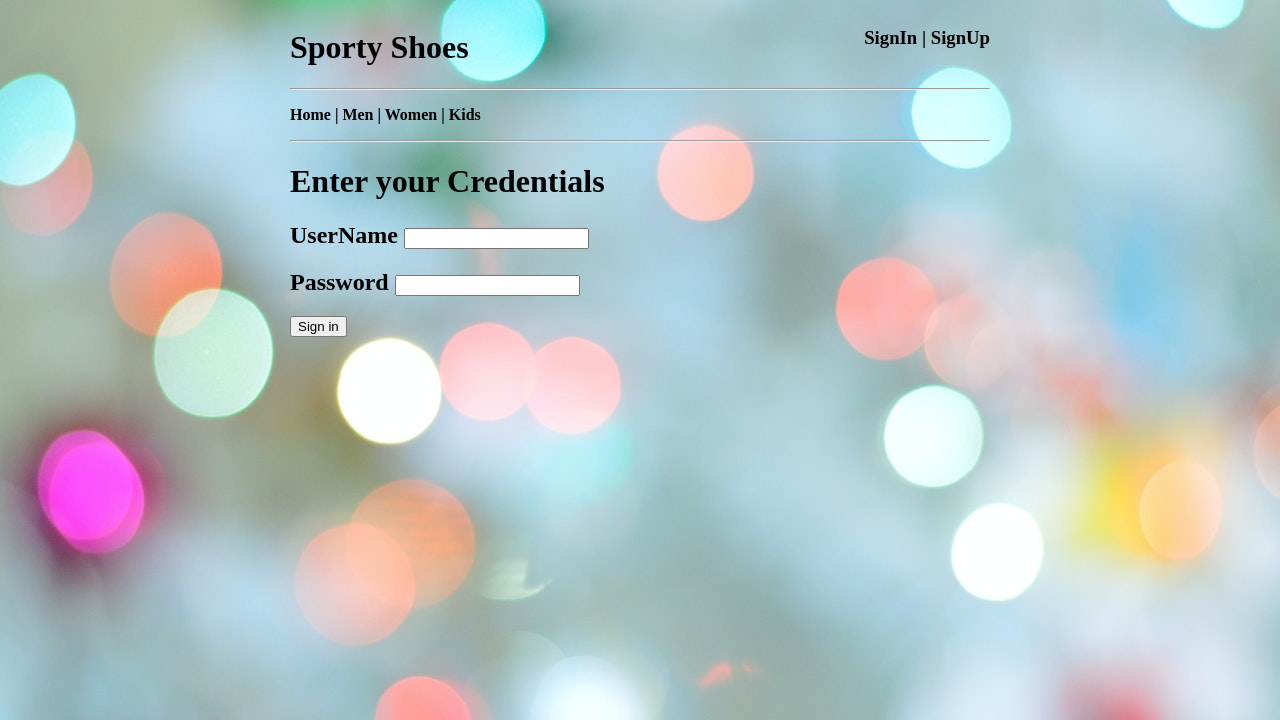
Repository: Sherwin-create/JavaFSPhase3Project
Page: http://localhost/Sporty-Shoes/WEB-INF/view/signinForm.jsp
An editor plug-in stored every save of this project. The page is shown before and after the next save, followed by the edit.
The browser window is 1280 px wide. The pictures show the whole page.
The page is served by Tomcat 9. Nobody is signed in. Other server files are loaded and not shown. The template is opened directly, without the code that normally fills it, so the values that code supplies are empty.

Above is the page before, as saved 2022-05-01 05:43:21.

### Sporty-Shoes/src/main/webapp/WEB-INF/view/signinForm.jsp
<%@ page language="java" contentType="text/html; charset=ISO-8859-1"
    pageEncoding="ISO-8859-1" errorPage="Error.jsp" isELIgnored="false"%>
<!DOCTYPE html>
<html>
<head>
<style>
	body {
		background-image: url("images/pexels-miguel-á-padriñán-255379.jpg");
		background-repeat: no-repeat;
		background-size: cover;
		align-content: center;
		width: 700px;
		margin-left: auto;
		margin-right: auto;
	}
</style>
<meta charset="ISO-8859-1">
<title>Sign In</title>
</head>
<body>
<%@include file="homeHeader.jsp" %>

            <form action="adminsignin" method="post" >
            <hr>

           <h1>Enter your Credentials</h1>
            <b><font color="red">${errorMessage}</font></b>

         <h2> UserName <input type="text" name="username"  ></h2>
          <h2>Password  <input  type="password" name="password"  ></h2>
          <input type="submit" value="Sign in">

           </form>

</body>
</html>

### Sporty-Shoes/src/main/webapp/WEB-INF/view/homeHeader.jsp

<%@ page language="java" contentType="text/html; charset=ISO-8859-1"
    pageEncoding="ISO-8859-1" errorPage="Error.jsp"%>
<!DOCTYPE html>
<html>
<head>
<meta charset="ISO-8859-1">
<title>Home</title>

</head>
<body>

 <h1 style="text-align:left;float:left;"> <a href="home" style="text-decoration:none;color:black">Sporty Shoes </a> </h1>
 <h3 style="text-align:right;float:right;"><a href="signin" style="text-decoration:none;color:black">SignIn</a>  |  <a href="signup" style="text-decoration:none;color:black">SignUp</a></h3>
 <hr style="clear:both;"/>
 <b><p> <a href="home" style="text-decoration:none;color:black">Home</a> | <a href="menshoes" style="text-decoration:none ;color:black">Men</a> | <a href="womenshoes" style="text-decoration:none ;color:black">Women</a> | <a href="kidshoes" style="text-decoration:none ;color:black">Kids</a></p></b>
</body>
</html>

After the next save:
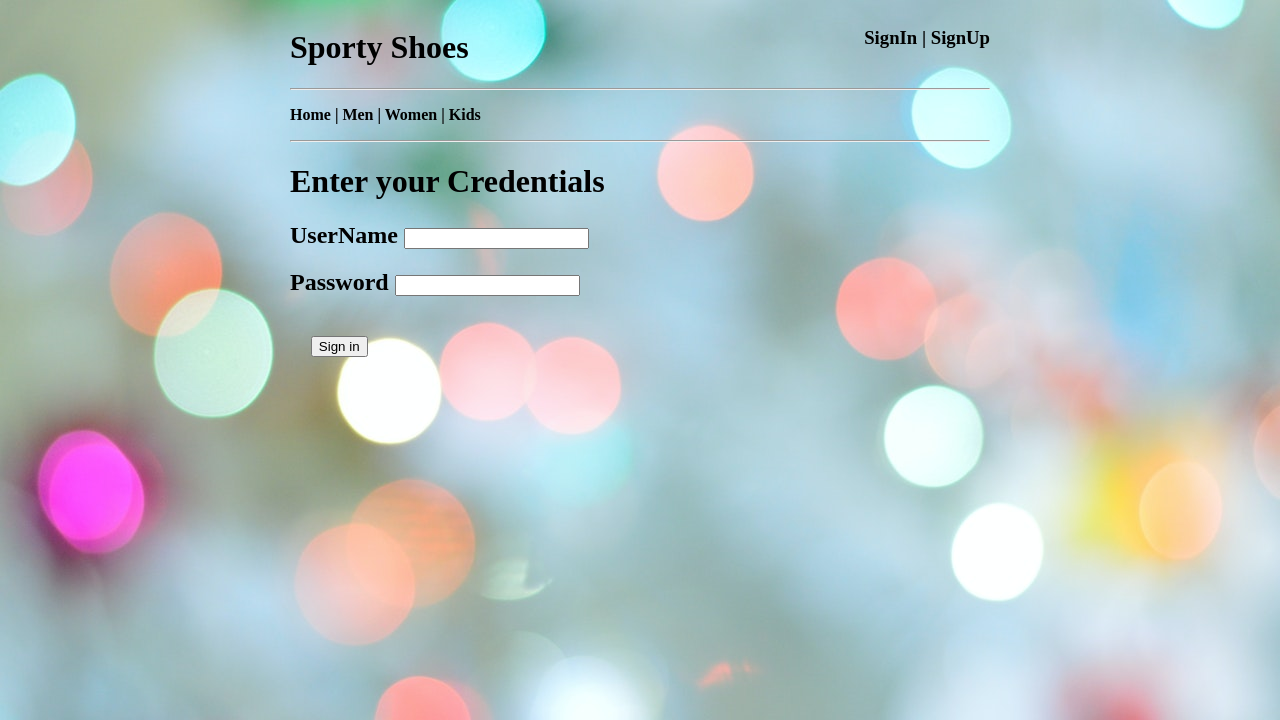
Saved 113 s later.
--- a/Sporty-Shoes/src/main/webapp/WEB-INF/view/signinForm.jsp
+++ b/Sporty-Shoes/src/main/webapp/WEB-INF/view/signinForm.jsp
@@ -12,6 +12,10 @@
 		width: 700px;
 		margin-left: auto;
 		margin-right: auto;
+	}
+
+	.btn{
+		padding: 1.3em;
 	}
 </style>
 <meta charset="ISO-8859-1">
@@ -28,7 +32,7 @@
 
          <h2> UserName <input type="text" name="username"  ></h2>
           <h2>Password  <input  type="password" name="password"  ></h2>
-          <input type="submit" value="Sign in">
+          <div class="btn"><input type="submit" value="Sign in" ></div>
 
            </form>
 
